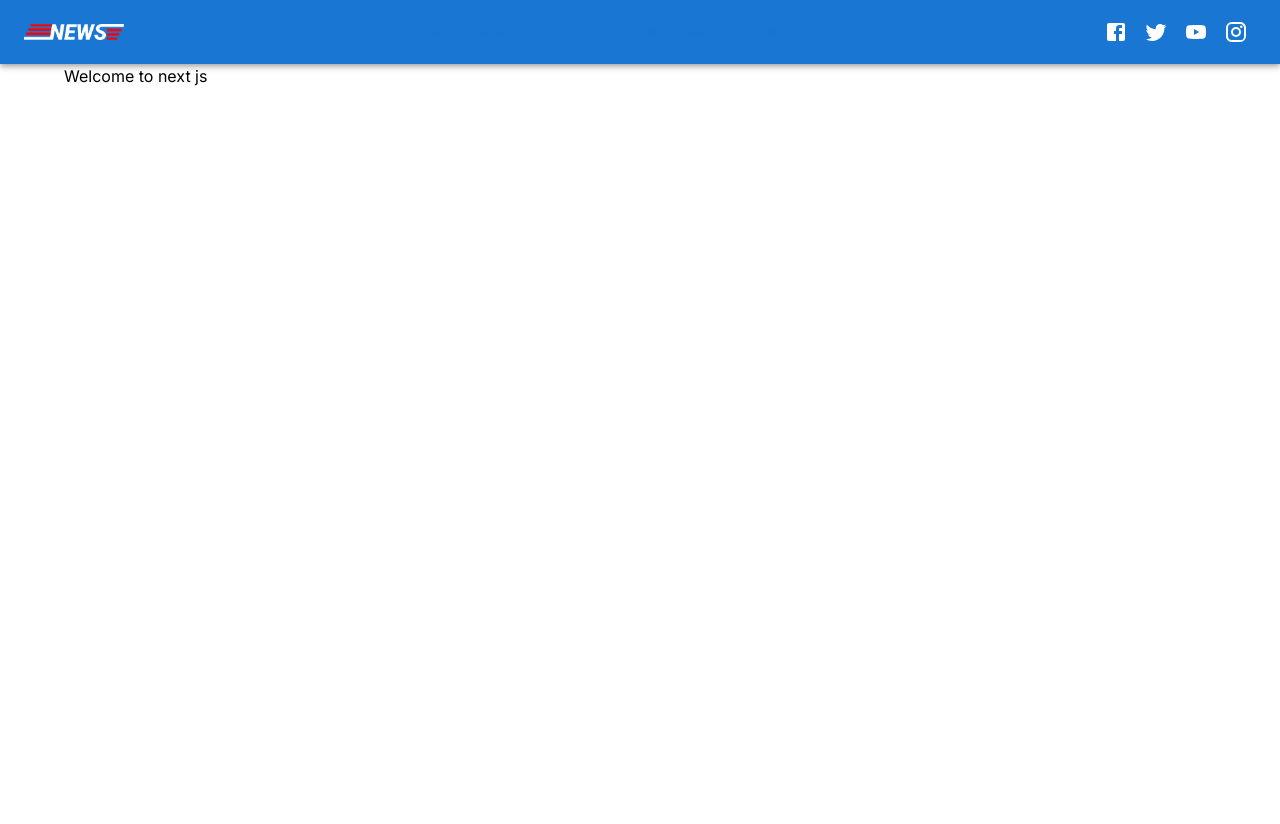
Repository: Wahid137/daily-news-nextjs
Page: /
These files come from the project's save history. The page is drawn as it stood at one moment and after the next save; the edit follows.
The browser window is 1280 px wide. The pictures show the whole page.
The project was rebuilt for these pictures with package versions that can differ from the ones it lists, and the page was loaded fresh each time. The framework's server and built-in components were replaced by stand-ins that run in the browser. Also part of the build but not shown: next.config.mjs.

Above is the page before, as saved 2024-02-22 15:06:51.

### src/app/layout.js
import Footer from "@/components/shared/Footer";
import Navbar from "@/components/shared/Navbar";
import { Container } from "@mui/material";
import { Inter } from "next/font/google";
import "./globals.css";

const inter = Inter({ subsets: ["latin"] });

export const metadata = {
  title: "Create Next App",
  description: "Generated by create next app",
};

export default function RootLayout({ children }) {
  return (
    <html lang="en">
      <body className={inter.className}>
        <Navbar />
        <Container className="h-screen">
          {children}
        </Container>
        <Footer />
      </body>
    </html>
  );
}

### src/app/page.js

export default function Home() {
  return (
    <h1>Welcome to next js</h1>
  );
}

### src/components/shared/Footer.js
"use client"

import { Facebook, Instagram, Twitter, YouTube } from "@mui/icons-material";
import { Box, Container, IconButton } from "@mui/material";


const Footer = () => {
    return (
        <Box>
            <Container>
                <Box sx={{
                    "& svg": {
                        color: "white",
                    },
                }}>

                    <IconButton>
                        <Facebook />
                    </IconButton>
                    <IconButton>
                        <Twitter />
                    </IconButton>
                    <IconButton>
                        <YouTube />
                    </IconButton>
                    <IconButton>
                        <Instagram />
                    </IconButton>

                </Box>

            </Container>
        </Box>
    );
};

export default Footer;

### src/components/shared/Navbar.js
"use client"

import logo from "@/assets/logo.png";
import { Facebook, Instagram, Twitter, YouTube } from "@mui/icons-material";
import { IconButton, Stack } from "@mui/material";
import AppBar from '@mui/material/AppBar';
import Box from '@mui/material/Box';
import Button from '@mui/material/Button';
import Container from '@mui/material/Container';
import Toolbar from '@mui/material/Toolbar';
import Image from 'next/image';

const navItems = [
    {
        route: "Home",
        pathname: "/",
    },
    {
        route: "Pages",
        pathname: "/pages",
    },
    {
        route: "Category",
        pathname: "/categories/news?category=all-news",
    },
    {
        route: "News",
        pathname: "/news",
    },
    {
        route: "About",
        pathname: "/about",
    },
    {
        route: "Contact",
        pathname: "/contact",
    },
];



function Navbar() {


    return (
        <AppBar position="static" className="bg-black">
            <Container maxWidth="xl">
                <Toolbar disableGutters>

                    <Image src={logo} width={100} height={100} alt='logo' />

                    <Box className="w-full text-center">
                        {navItems.map((item) => (
                            <Button
                                key={item}
                                className="text-white r"
                            >
                                {item.route}
                            </Button>
                        ))}
                    </Box>

                    <Box>
                        <Stack
                            direction="row"
                            sx={{
                                "& svg": {
                                    color: "white",
                                },
                            }}
                        >
                            <IconButton>
                                <Facebook />
                            </IconButton>
                            <IconButton>
                                <Twitter />
                            </IconButton>
                            <IconButton>
                                <YouTube />
                            </IconButton>
                            <IconButton>
                                <Instagram />
                            </IconButton>
                        </Stack>
                    </Box>

                </Toolbar>
            </Container>
        </AppBar>
    );
}
export default Navbar;

Loaded but not shown: src/app/globals.css (common file); tailwind.config.js (common file)

After the next save:
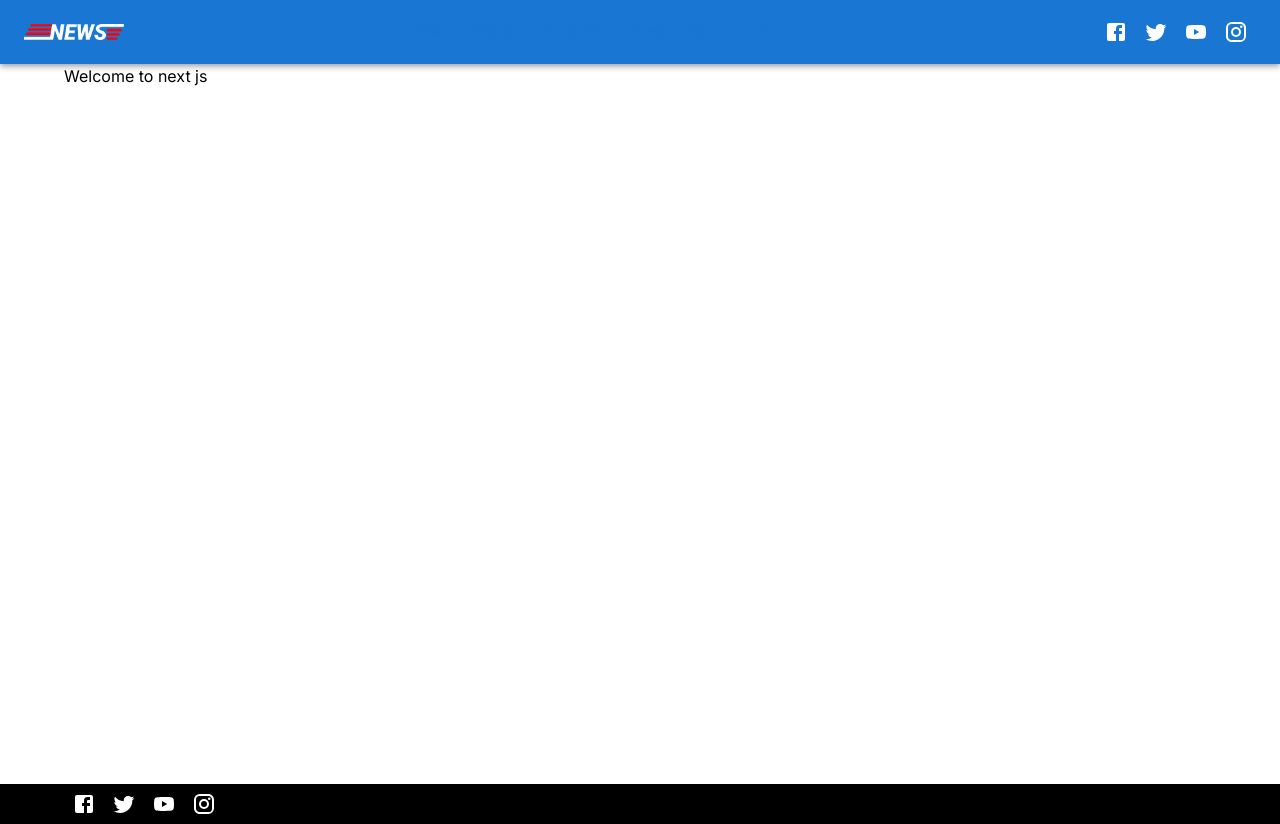
Saved 32 s later.
--- a/src/components/shared/Footer.js
+++ b/src/components/shared/Footer.js
@@ -6,7 +6,7 @@ import { Box, Container, IconButton } from "@mui/material";
 
 const Footer = () => {
     return (
-        <Box>
+        <Box className="bg-black">
             <Container>
                 <Box sx={{
                     "& svg": {
